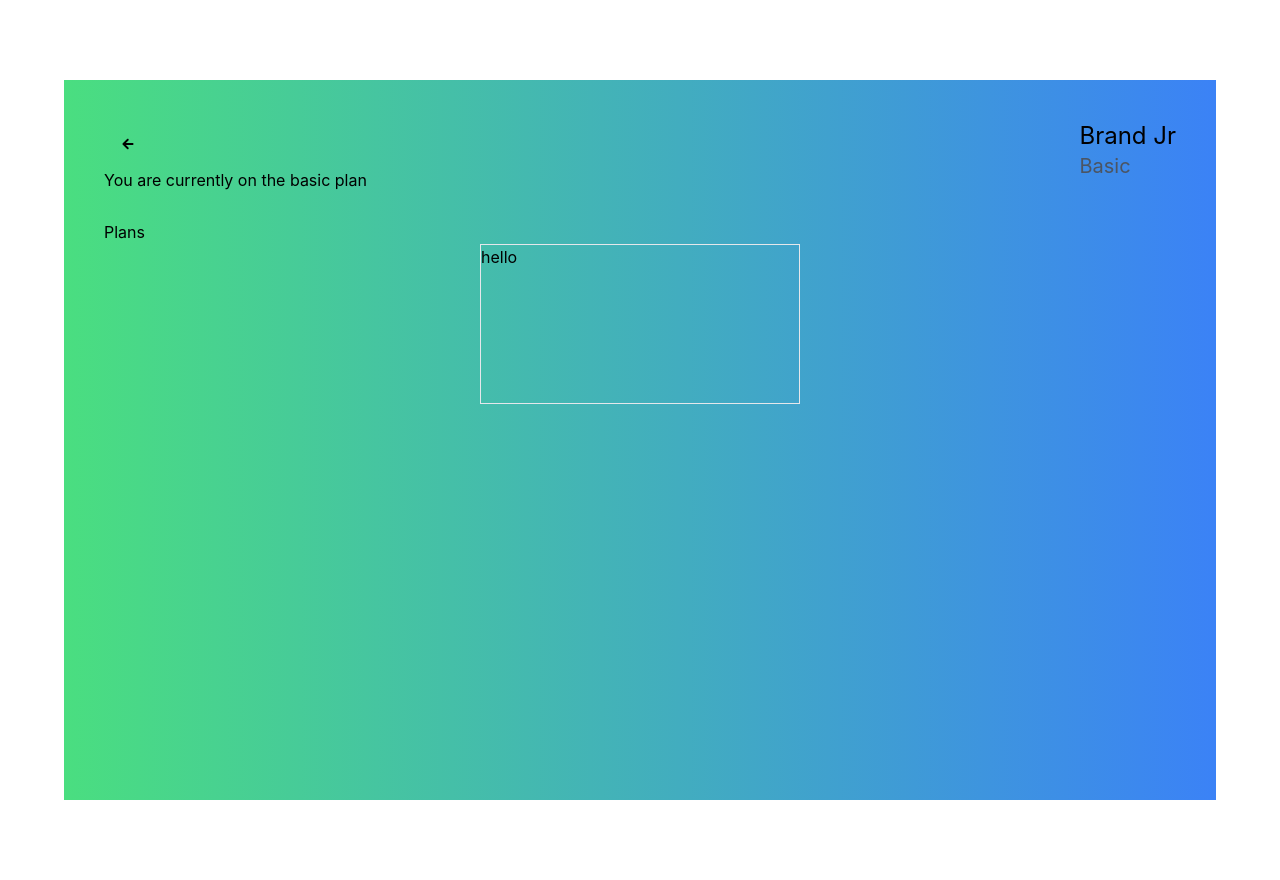
Repository: brandford7/music-player
Page: /subscription
These files come from the project's save history. The page is drawn as it stood at one moment and after the next save; the edit follows.
The browser window is 1280 px wide. The pictures show the whole page.
The project was rebuilt for these pictures with package versions that can differ from the ones it lists, and the page was loaded fresh each time. The framework's server and built-in components were replaced by stand-ins that run in the browser. Also part of the build but not shown: next.config.js, components/Sidebar.jsx, components/MusicButton.jsx, components/MusicCard.jsx, components/SongList.jsx, components/PlaylistComponent.jsx, components/LibraryComponent.jsx.

Above is the page before, as saved 2022-11-19 21:31:13.

### pages/subscription.js
import React from "react";
import { SubscriptionComponent } from "../components";

const Subscription = () => {
  return (
    <div className="flex mx-auto max-w-6xl my-20 space-x-10 h-screen p-10 bg-gradient-to-r from-green-400 to-blue-500">
      <SubscriptionComponent />
    </div>
  );
};

export default Subscription;

### styles/globals.css
@tailwind base;
@tailwind components;
@tailwind utilities;



html,
body {
  padding: 0;
  margin: 0;
  font-family: -apple-system, BlinkMacSystemFont, Segoe UI, Roboto, Oxygen,
    Ubuntu, Cantarell, Fira Sans, Droid Sans, Helvetica Neue, sans-serif;
}

a {
  color: inherit;
  text-decoration: none;
}

* {
  box-sizing: border-box;
}

@media (prefers-color-scheme: dark) {
  html {
    color-scheme: dark;
  }
  body {
    color: white;
    background: black;
  }
}

### components/index.js
export { default as Sidebar } from './Sidebar';
export { default as UserAvatar } from './UserAvatar';
export { default as MusicCard } from './MusicCard';
export { default as MusicButton } from './MusicButton';
export { default as SongList } from './SongList';
export { default as PlaylistComponent } from './PlaylistComponent';
export { default as LibraryComponent } from './LibraryComponent';
export { default as SubscriptionComponent } from './SubscriptionComponent';
export { default as Plans} from './Plans';

### components/UserAvatar.jsx
import React from "react";

const UserAvatar = ({ image, name, subscription }) => {
  return (
    <div className="flex flex-col ">
      <img src={image} alt="" />
      <h2 className="text-2xl">{name}</h2>
      <p className="text-gray-600 text-xl"> {subscription}</p>
    </div>
  );
};

export default UserAvatar;

### components/SubscriptionComponent.jsx
import React from "react";
import { IoMdArrowRoundBack } from "react-icons/io";
import { useRouter } from "next/router";
import UserAvatar from "./UserAvatar";
import Plans from "./Plans";

const SubscriptionComponent = () => {
  const router = useRouter();

  return (
    <div className="w-full">
      <section className="flex justify-between">
        <section className="">
          <div className="m-4 cursor-pointer" onClick={() => router.back()}>
            <IoMdArrowRoundBack />
          </div>
          <h1>You are currently on the basic plan</h1>
        </section>
        <section className="flex justify-end mb-10">
          <UserAvatar name="Brand Jr" subscription="Basic" />
        </section>
          </section>
          <Plans/>
    </div>
  );
};

export default SubscriptionComponent;

### components/Plans.jsx
import React from "react";

const Plans = () => {
  return (
    <div>
      <h1>Plans</h1>
      <section>
        <div className='flex mx-auto h-40 w-80 border '>hello</div>

      </section>
    </div>
  );
};

export default Plans;

Loaded but not shown: pages/_app.js (common file); tailwind.config.js (common file)

After the next save:
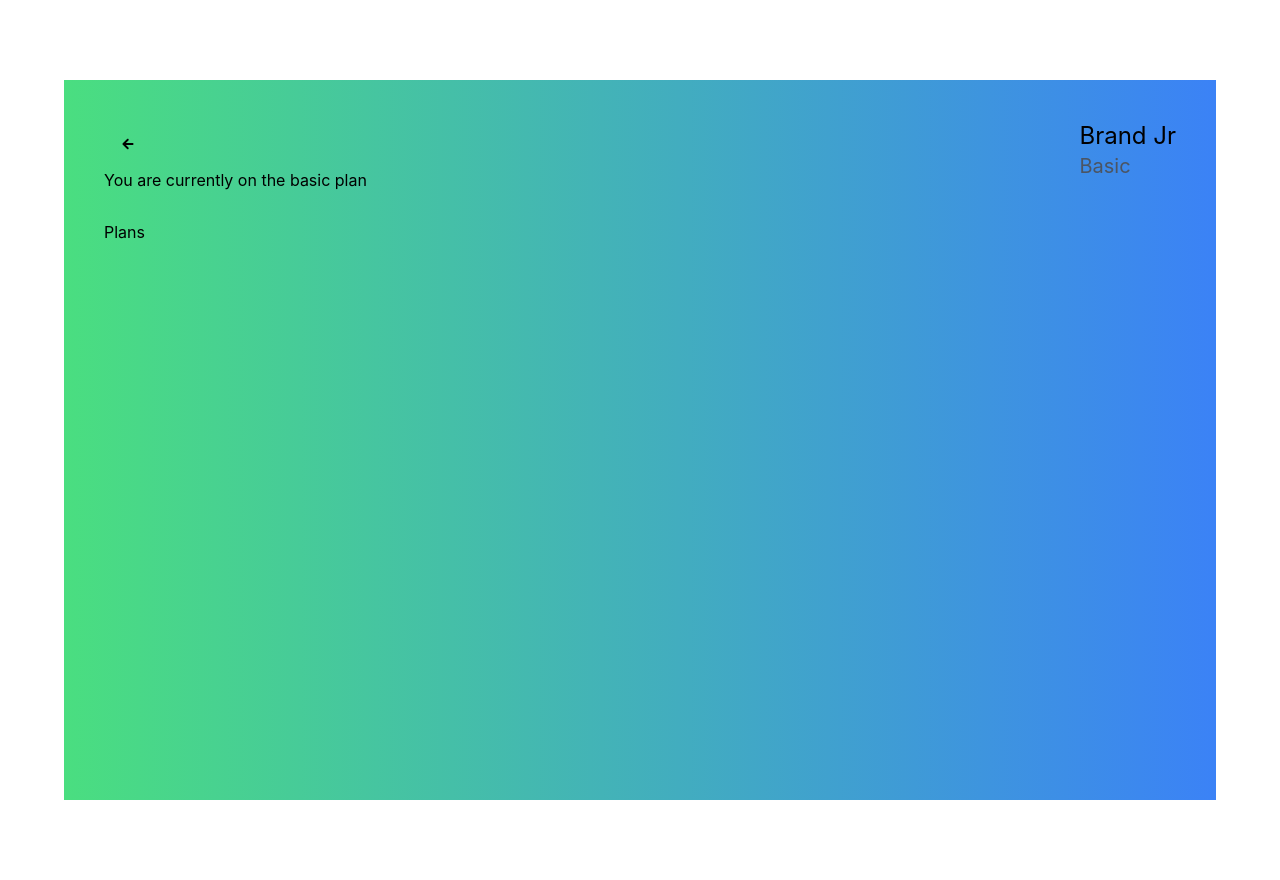
Saved 15 s later.
--- a/components/Plans.jsx
+++ b/components/Plans.jsx
@@ -5,7 +5,6 @@ const Plans = () => {
     <div>
       <h1>Plans</h1>
       <section>
-        <div className='flex mx-auto h-40 w-80 border '>hello</div>
 
       </section>
     </div>
